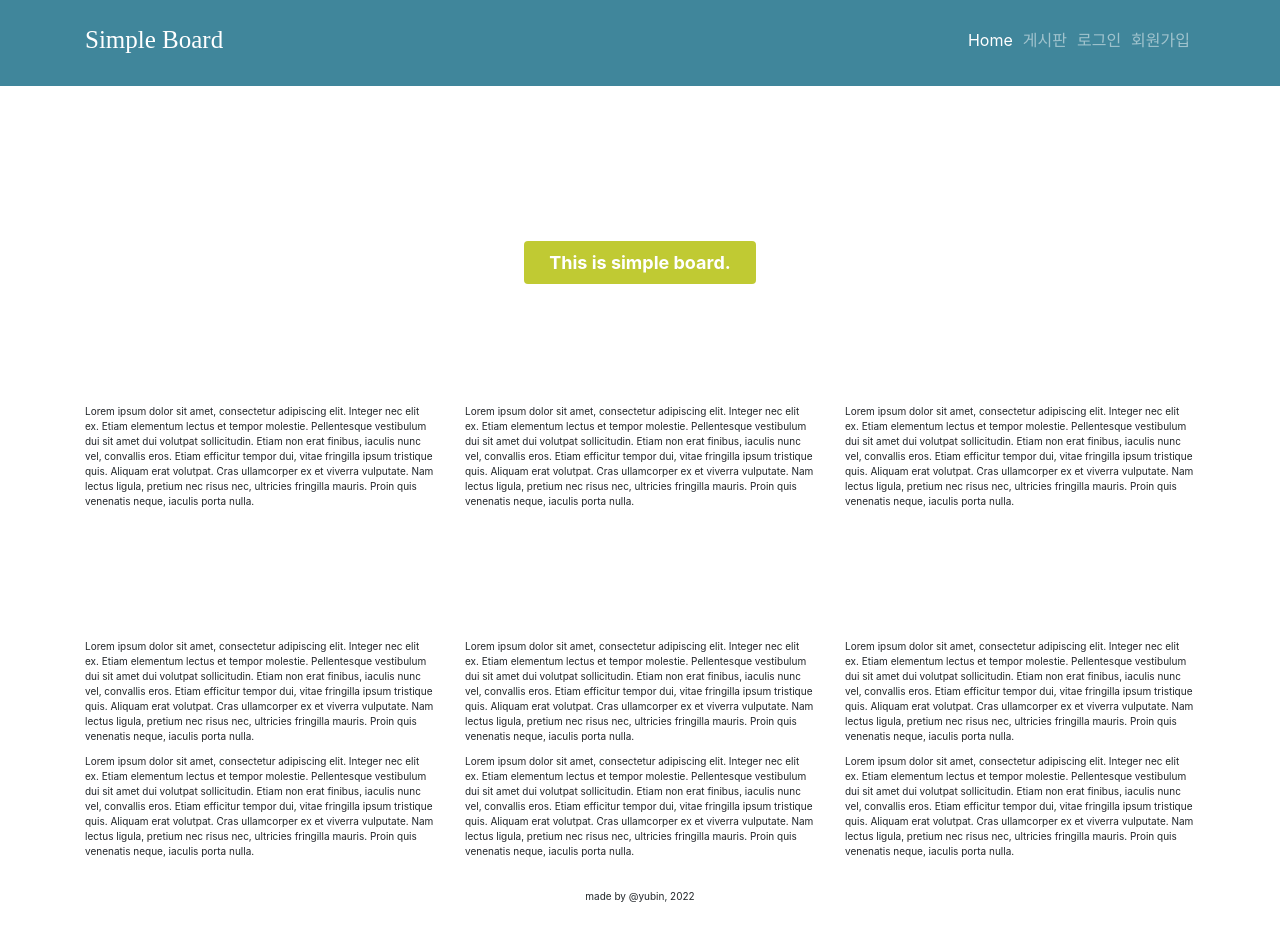
Repository: yubincho/simpleBoard
Page: http://localhost/demo/WEB-INF/views/index.jsp
The author's editor kept a copy of each file at every save. The page is drawn from the files as they stood at one save, then again after the next save.
The browser window is 1280 px wide. The pictures show the whole page.
Some web fonts or font styles are not loaded; a fallback is used. Some web libraries are served in a nearby version. The page is served by Tomcat 9. Nobody is signed in. Other server files are loaded and not shown. The template is opened directly, without the code that normally fills it, so the values that code supplies are empty.

Above is the page before, as saved 2022-10-17 20:27:03.

### demo/src/main/webapp/WEB-INF/views/index.jsp
<%@ page language="java" contentType="text/html; charset=UTF-8"
    pageEncoding="UTF-8"%>
<%@ taglib uri="http://java.sun.com/jsp/jstl/core" prefix="c" %>
<c:set var="contextPath" value="${pageContext.request.contextPath}"/>

<%@ include file="layout/header2.jsp" %>



<div class="banner">
		<div class="container">
			<h1>Bootstrap 4 Navbar</h1>
			<p>Lorem ipsum dolor sit amet, consectetur adipiscing elit. Integer nec elit ex. Etiam elementum lectus et tempor molestie.</p>
			<a href="#content" class="button button-primary">This is simple board.</a> <br/>

		</div>
	</div>
</header>


<main>
	<section id="content" class="content">
		<div class="container">
			<div class="row">
				<div class="col-md-4">
					<p>Lorem ipsum dolor sit amet, consectetur adipiscing elit. Integer nec elit ex. Etiam elementum lectus et tempor molestie. Pellentesque vestibulum dui sit amet dui volutpat sollicitudin. Etiam non erat finibus, iaculis nunc vel, convallis eros. Etiam efficitur tempor dui, vitae fringilla ipsum tristique quis. Aliquam erat volutpat. Cras ullamcorper ex et viverra vulputate. Nam lectus ligula, pretium nec risus nec, ultricies fringilla mauris. Proin quis venenatis neque, iaculis porta nulla. </p>
				</div>
				<div class="col-md-4">
					<p>Lorem ipsum dolor sit amet, consectetur adipiscing elit. Integer nec elit ex. Etiam elementum lectus et tempor molestie. Pellentesque vestibulum dui sit amet dui volutpat sollicitudin. Etiam non erat finibus, iaculis nunc vel, convallis eros. Etiam efficitur tempor dui, vitae fringilla ipsum tristique quis. Aliquam erat volutpat. Cras ullamcorper ex et viverra vulputate. Nam lectus ligula, pretium nec risus nec, ultricies fringilla mauris. Proin quis venenatis neque, iaculis porta nulla. </p>
				</div>
				<div class="col-md-4">
					<p>Lorem ipsum dolor sit amet, consectetur adipiscing elit. Integer nec elit ex. Etiam elementum lectus et tempor molestie. Pellentesque vestibulum dui sit amet dui volutpat sollicitudin. Etiam non erat finibus, iaculis nunc vel, convallis eros. Etiam efficitur tempor dui, vitae fringilla ipsum tristique quis. Aliquam erat volutpat. Cras ullamcorper ex et viverra vulputate. Nam lectus ligula, pretium nec risus nec, ultricies fringilla mauris. Proin quis venenatis neque, iaculis porta nulla. </p>
				</div>
			</div>
		</div>

	</section>
	<section id="content2" class="content2">
		<div class="container 2">
			<div class="row">
				<div class="col-md-4">
					<p>Lorem ipsum dolor sit amet, consectetur adipiscing elit. Integer nec elit ex. Etiam elementum lectus et tempor molestie. Pellentesque vestibulum dui sit amet dui volutpat sollicitudin. Etiam non erat finibus, iaculis nunc vel, convallis eros. Etiam efficitur tempor dui, vitae fringilla ipsum tristique quis. Aliquam erat volutpat. Cras ullamcorper ex et viverra vulputate. Nam lectus ligula, pretium nec risus nec, ultricies fringilla mauris. Proin quis venenatis neque, iaculis porta nulla. </p>
				</div>
				<div class="col-md-4">
					<p>Lorem ipsum dolor sit amet, consectetur adipiscing elit. Integer nec elit ex. Etiam elementum lectus et tempor molestie. Pellentesque vestibulum dui sit amet dui volutpat sollicitudin. Etiam non erat finibus, iaculis nunc vel, convallis eros. Etiam efficitur tempor dui, vitae fringilla ipsum tristique quis. Aliquam erat volutpat. Cras ullamcorper ex et viverra vulputate. Nam lectus ligula, pretium nec risus nec, ultricies fringilla mauris. Proin quis venenatis neque, iaculis porta nulla. </p>
				</div>
				<div class="col-md-4">
					<p>Lorem ipsum dolor sit amet, consectetur adipiscing elit. Integer nec elit ex. Etiam elementum lectus et tempor molestie. Pellentesque vestibulum dui sit amet dui volutpat sollicitudin. Etiam non erat finibus, iaculis nunc vel, convallis eros. Etiam efficitur tempor dui, vitae fringilla ipsum tristique quis. Aliquam erat volutpat. Cras ullamcorper ex et viverra vulputate. Nam lectus ligula, pretium nec risus nec, ultricies fringilla mauris. Proin quis venenatis neque, iaculis porta nulla. </p>
				</div>
			</div>
		</div>

	</section>
	<section id="content3" class="content3">
		<div class="container 3">
			<div class="row">
				<div class="col-md-4">
					<p>Lorem ipsum dolor sit amet, consectetur adipiscing elit. Integer nec elit ex. Etiam elementum lectus et tempor molestie. Pellentesque vestibulum dui sit amet dui volutpat sollicitudin. Etiam non erat finibus, iaculis nunc vel, convallis eros. Etiam efficitur tempor dui, vitae fringilla ipsum tristique quis. Aliquam erat volutpat. Cras ullamcorper ex et viverra vulputate. Nam lectus ligula, pretium nec risus nec, ultricies fringilla mauris. Proin quis venenatis neque, iaculis porta nulla. </p>
				</div>
				<div class="col-md-4">
					<p>Lorem ipsum dolor sit amet, consectetur adipiscing elit. Integer nec elit ex. Etiam elementum lectus et tempor molestie. Pellentesque vestibulum dui sit amet dui volutpat sollicitudin. Etiam non erat finibus, iaculis nunc vel, convallis eros. Etiam efficitur tempor dui, vitae fringilla ipsum tristique quis. Aliquam erat volutpat. Cras ullamcorper ex et viverra vulputate. Nam lectus ligula, pretium nec risus nec, ultricies fringilla mauris. Proin quis venenatis neque, iaculis porta nulla. </p>
				</div>
				<div class="col-md-4">
					<p>Lorem ipsum dolor sit amet, consectetur adipiscing elit. Integer nec elit ex. Etiam elementum lectus et tempor molestie. Pellentesque vestibulum dui sit amet dui volutpat sollicitudin. Etiam non erat finibus, iaculis nunc vel, convallis eros. Etiam efficitur tempor dui, vitae fringilla ipsum tristique quis. Aliquam erat volutpat. Cras ullamcorper ex et viverra vulputate. Nam lectus ligula, pretium nec risus nec, ultricies fringilla mauris. Proin quis venenatis neque, iaculis porta nulla. </p>
				</div>
			</div>
		</div>

	</section>
</main>

<!-- 실패 메세지를 출력(modal) -->
	<div id="myMessage" class="modal fade" role="dialog" >
	  <div class="modal-dialog">
	    <!-- Modal content-->
	    <div id="messageType" class="modal-content panel-info">
	      <div class="modal-header panel-heading">
	        <button type="button" class="close" data-dismiss="modal">&times;</button>
	        <h4 class="modal-title">${msgType}</h4>
	      </div>
	      <div class="modal-body">
	        <p>${msg}</p>
	      </div>
	      <div class="modal-footer">
	        <button type="button" class="btn btn-default" data-dismiss="modal">Close</button>
	      </div>
	    </div>
	  </div>
	</div>

    <script type="text/javascript">
$(document).ready(function(){
	if(${!empty msgType}){
 		$("#messageType").attr("class", "modal-content panel-success");
		$("#myMessage").modal("show");
	}
});


</script>
<%@ include file="layout/footer.jsp" %>

</body>
</html>

### demo/src/main/webapp/WEB-INF/views/layout/header2.jsp
<%@ page language="java" contentType="text/html; charset=UTF-8"
    pageEncoding="UTF-8"%>
<%@ taglib uri="http://java.sun.com/jsp/jstl/core" prefix="c" %>
<%@taglib uri="http://www.springframework.org/tags" prefix="spring"%>
<c:set var="contextPath" value="${pageContext.request.contextPath}"/>


<!DOCTYPE html>
<html>
<head>
<meta charset="utf-8">
<meta name="viewport" content="width=device-width, initial-scale=1, shrink-to-fit=no">
<title>Insert title here</title>
<link rel="stylesheet" href="<c:url value='/css/join.css'/>">
<link rel="stylesheet" href="https://cdn.jsdelivr.net/npm/bootstrap@4.0.0/dist/css/bootstrap.min.css"
integrity="sha384-Gn5384xqQ1aoWXA+058RXPxPg6fy4IWvTNh0E263XmFcJlSAwiGgFAW/dAiS6JXm" crossorigin="anonymous">
<link rel="icon" type="image/png" href="http://example.com/myicon.png">
<head profile="http://www.w3.org/2005/10/profile">

<script src="http://code.jquery.com/jquery-1.11.1.min.js" type="text/javascript"></script>

 <script type="text/javascript">
$(document).ready(function(){
	if(${!empty msgType}){
 		$("#messageType").attr("class", "modal-content panel-success");
		$("#myMessage").modal("show");
	}
});
</script>
</head>
<body>
<header class="header-area overlay">
    <nav class="navbar navbar-expand-md navbar-dark">
		<div class="container">
			<a href="#" class="navbar-brand">Simple Board</a>

			<button type="button" class="navbar-toggler collapsed" data-toggle="collapse" data-target="#main-nav">
				<span class="menu-icon-bar"></span>
				<span class="menu-icon-bar"></span>
				<span class="menu-icon-bar"></span>
			</button>

			<div id="main-nav" class="collapse navbar-collapse">
				<ul class="navbar-nav ml-auto">
					<li><a href="${contextPath}/home" class="nav-item nav-link active">Home</a></li>



					<li><a href="${contextPath}/board/boardList.do" class="nav-item nav-link">게시판</a></li>
					<c:if test="${empty mvo}" >
					<li><a href="${contextPath}/memLogin.do" class="nav-item nav-link">로그인</a></li>
					<li><a href="${contextPath}/memJoin.do" class="nav-item nav-link">회원가입</a></li>
					</c:if>
					<c:if test="${!empty mvo}" >
					<li class="dropdown">
							<c:if test="${mvo.memProfile eq ''}">
							<a href="#" class="nav-item nav-link" data-toggle="dropdown">
								<img src="${contextPath}/images/12.png"  style="width:25px; height:25px; border-radius:50%;"/>
									 ${mov.memName}님 방문을 환영합니다.</a>
									 <div class="dropdown-menu">
											<a href="#" class="dropdown-item">프로필사진등록</a>
											<a href="${contextPath}/memUpdate.do" class="dropdown-item">회원정보수정</a>
											<a href="${contextPath}/memLogout.do" class="dropdown-item">로그아웃</a>
									</div>
							</c:if>
							 <c:if test="${mvo.memProfile ne ''}">
							 <a href="#" class="nav-item nav-link" data-toggle="dropdown">
							 	<img src="${contextPath}/resources/upload/${mvo.memProfile}"  style="width:25px; height:25px; border-radius:50%;"/>
							 		 ${mov.memName}님 방문을 환영합니다.</a>
							 		<div class="dropdown-menu">
										<a href="#" class="dropdown-item">프로필사진등록</a>
										<a href="${contextPath}/memUpdate.do" class="dropdown-item">회원정보수정</a>
										<a href="${contextPath}/memLogout.do" class="dropdown-item">로그아웃</a>
									</div>
							</c:if>
						</li>
					</c:if>

				</ul>
			</div>
		</div>
	</nav>
</header>

### demo/src/main/webapp/WEB-INF/views/layout/footer.jsp
<%@ page language="java" contentType="text/html; charset=UTF-8"
    pageEncoding="UTF-8"%>
<%@ taglib uri="http://java.sun.com/jsp/jstl/core" prefix="c" %>


 <footer class="text-center" style="align-items: center; justify-content: center; padding: 20px;">
        <div class="inner">
          <p>made by @yubin, 2022</p>
        </div>
</footer>


<script src="https://code.jquery.com/jquery-3.2.1.min.js" ></script>
<script src="https://cdn.jsdelivr.net/npm/popper.js@1.12.9/dist/umd/popper.min.js" integrity="sha384-ApNbgh9B+Y1QKtv3Rn7W3mgPxhU9K/ScQsAP7hUibX39j7fakFPskvXusvfa0b4Q" crossorigin="anonymous"></script>
<script src="https://cdn.jsdelivr.net/npm/bootstrap@4.0.0/dist/js/bootstrap.min.js" integrity="sha384-JZR6Spejh4U02d8jOt6vLEHfe/JQGiRRSQQxSfFWpi1MquVdAyjUar5+76PVCmYl" crossorigin="anonymous"></script>
</body>
</html>

### demo/src/main/resources/static/css/join.css
@import url('https://fonts.googleapis.com/css?family=Open+Sans:400,700,800');
@import url('https://fonts.googleapis.com/css?family=Lobster');
html {
  font-size: 62.5%;
}
body {
  font-family: 'Open Sans', sans-serif;
  font-size: 1.6rem;
  font-weight: 400;
}
h1 {
  margin-bottom: 0.5em;
  font-size: 3.6rem;
}

.button {
  display: inline-block;
  margin-top: 20px;
  padding: 8px 25px;
  border-radius: 4px;
}
.button-primary {
  position: relative;
  background-color: #c0ca33;
  color: #fff;
  font-size: 1.8rem;
  font-weight: 700;
  transition: color 0.3s ease-in;
  z-index: 1;
}
.button-primary:hover {
  color: #c0ca33;
  text-decoration: none;
}
.button-primary::after {
  content: '';
  position: absolute;
  bottom: 0;
  left: 0;
  right: 0;
  top: 0;
  background-color: #fff;
  border-radius: 4px;
  opacity: 0;
  -webkit-transform: scaleX(0.8);
  -ms-transform: scaleX(0.8);
  transform: scaleX(0.8);
  transition: all 0.3s ease-in;
  z-index: -1;
}
.button-primary:hover::after {
  opacity: 1;
  -webkit-transform: scaleX(1);
  -ms-transform: scaleX(1);
  transform: scaleX(1);
}
.overlay::after {
  content: '';
  position: absolute;
  bottom: 0;
  left: 0;
  right: 0;
  top: 0;
  background-color: rgba(0, 0, 0, .3);
}
.header-area {
  position: relative;
  height: 12vh;
  background: #5bc0de;
  background-attachment: fixed;
  background-position: center center;
  background-repeat: no-repear;
  background-size: cover;
}
.banner {
  display: flex;
  align-items: center;
  position: relative;
  height: 100%;
  color: #fff;
  text-align: center;
  z-index: 1;
}
.banner h1 {
  font-weight: 800;
}
.banner p {
  font-weight: 700;
}
.navbar {
  position: absolute;
  left: 0;
  top: 0;
  padding: 0;
  width: 100%;
  transition: background 0.6s ease-in;
  z-index: 99999;
}
.navbar .navbar-brand {
  font-family: 'Lobster', cursive;
  font-size: 2.5rem;
}
.navbar .navbar-toggler {
  position: relative;
  height: 50px;
  width: 50px;
  border: none;
  cursor: pointer;
  outline: none;
}
.navbar .navbar-toggler .menu-icon-bar {
  position: absolute;
  left: 15px;
  right: 15px;
  height: 2px;
  background-color: #fff;
  opacity: 0;
  -webkit-transform: translateY(-1px);
  -ms-transform: translateY(-1px);
  transform: translateY(-1px);
  transition: all 0.3s ease-in;
}
.navbar .navbar-toggler .menu-icon-bar:first-child {
  opacity: 1;
  -webkit-transform: translateY(-1px) rotate(45deg);
  -ms-sform: translateY(-1px) rotate(45deg);
  transform: translateY(-1px) rotate(45deg);
}
.navbar .navbar-toggler .menu-icon-bar:last-child {
  opacity: 1;
  -webkit-transform: translateY(-1px) rotate(135deg);
  -ms-sform: translateY(-1px) rotate(135deg);
  transform: translateY(-1px) rotate(135deg);
}
.navbar .navbar-toggler.collapsed .menu-icon-bar {
  opacity: 1;
}
.navbar .navbar-toggler.collapsed .menu-icon-bar:first-child {
  -webkit-transform: translateY(-7px) rotate(0);
  -ms-sform: translateY(-7px) rotate(0);
  transform: translateY(-7px) rotate(0);
}
.navbar .navbar-toggler.collapsed .menu-icon-bar:last-child {
  -webkit-transform: translateY(5px) rotate(0);
  -ms-sform: translateY(5px) rotate(0);
  transform: translateY(5px) rotate(0);
}
.navbar-dark .navbar-nav .nav-link {
  position: relative;
  color: #fff;
  font-size: 1.6rem;
}
.navbar-dark .navbar-nav .nav-link:focus, .navbar-dark .navbar-nav .nav-link:hover {
  color: #fff;
}
.navbar .dropdown-menu {
  padding: 0;
  background-color: rgba(0, 0, 0, .9);
}
.navbar .dropdown-menu .dropdown-item {
  position: relative;
  padding: 10px 20px;
  color: #fff;
  font-size: 1.4rem;
  border-bottom: 1px solid rgba(255, 255, 255, .1);
  transition: color 0.2s ease-in;
}
.navbar .dropdown-menu .dropdown-item:last-child {
  border-bottom: none;
}
.navbar .dropdown-menu .dropdown-item:hover {
  background: transparent;
  color: #c0ca33;
}
.navbar .dropdown-menu .dropdown-item::before {
  content: '';
  position: absolute;
  bottom: 0;
  left: 0;
  top: 0;
  width: 5px;
  background-color: #c0ca33;
  opacity: 0;
  transition: opacity 0.2s ease-in;
}
.navbar .dropdown-menu .dropdown-item:hover::before {
  opacity: 1;
}
.navbar.fixed-top {
  position: fixed;
  -webkit-animation: navbar-animation 0.6s;
  animation: navbar-animation 0.6s;
  background-color: rgba(0, 0, 0, .9);
}
.navbar.fixed-top.navbar-dark .navbar-nav .nav-link.active {
  color: #c0ca33;
}
.navbar.fixed-top.navbar-dark .navbar-nav .nav-link::after {
  background-color: #c0ca33;
}
.content {
  padding: 120px 0;
}
@media screen and (max-width: 768px) {
  .navbar-brand {
    margin-left: 20px;
  }
  .navbar-nav {
    padding: 0 20px;
    background-color: rgba(0, 0, 0, .9);
  }
  .navbar.fixed-top .navbar-nav {
    background: transparent;
  }
}
@media screen and (min-width: 767px) {
  .banner {
    padding: 0 150px;
  }
  .banner h1 {
    font-size: 5rem;
  }
  .banner p {
    font-size: 2rem;
  }
  .navbar-dark .navbar-nav .nav-link {
    padding: 23px 15px;
  }
  .navbar-dark .navbar-nav .nav-link::after {
    content: '';
    position: absolute;
    bottom: 15px;
    left: 30%;
    right: 30%;
    height: 1px;
    background-color: #fff;
    -webkit-transform: scaleX(0);
    -ms-transform: scaleX(0);
    transform: scaleX(0);
    transition: transform 0.1s ease-in;
  }
  .navbar-dark .navbar-nav .nav-link:hover::after {
    -webkit-transform: scaleX(1);
    -ms-transform: scaleX(1);
    transform: scaleX(1);
  }
  .dropdown-menu {
    min-width: 200px;
    -webkit-animation: dropdown-animation 0.3s;
    animation: dropdown-animation 0.3s;
    -webkit-transform-origin: top;
    -ms-transform-origin: top;
    transform-origin: top;
  }
}
@-webkit-keyframes navbar-animation {
  0% {
    opacity: 0;
    -webkit-transform: translateY(-100%);
    -ms-transform: translateY(-100%);
    transform: translateY(-100%);
  }
  100% {
    opacity: 1;
    -webkit-transform: translateY(0);
    -ms-transform: translateY(0);
    transform: translateY(0);
  }
}
@keyframes navbar-animation {
  0% {
    opacity: 0;
    -webkit-transform: translateY(-100%);
    -ms-transform: translateY(-100%);
    transform: translateY(-100%);
  }
  100% {
    opacity: 1;
    -webkit-transform: translateY(0);
    -ms-transform: translateY(0);
    transform: translateY(0);
  }
}
@-webkit-keyframes dropdown-animation {
  0% {
    -webkit-transform: scaleY(0);
    -ms-transform: scaleY(0);
    transform: scaleY(0);
  }
  75% {
    -webkit-transform: scaleY(1.1);
    -ms-transform: scaleY(1.1);
    transform: scaleY(1.1);
  }
  100% {
    -webkit-transform: scaleY(1);
    -ms-transform: scaleY(1);
    transform: scaleY(1);
  }
}
@keyframes dropdown-animation {
  0% {
    -webkit-transform: scaleY(0);
    -ms-transform: scaleY(0);
    transform: scaleY(0);
  }
  75% {
    -webkit-transform: scaleY(1.1);
    -ms-transform: scaleY(1.1);
    transform: scaleY(1.1);
  }
  100% {
    -webkit-transform: scaleY(1);
    -ms-transform: scaleY(1);
    transform: scaleY(1);
  }
}

After the next save:
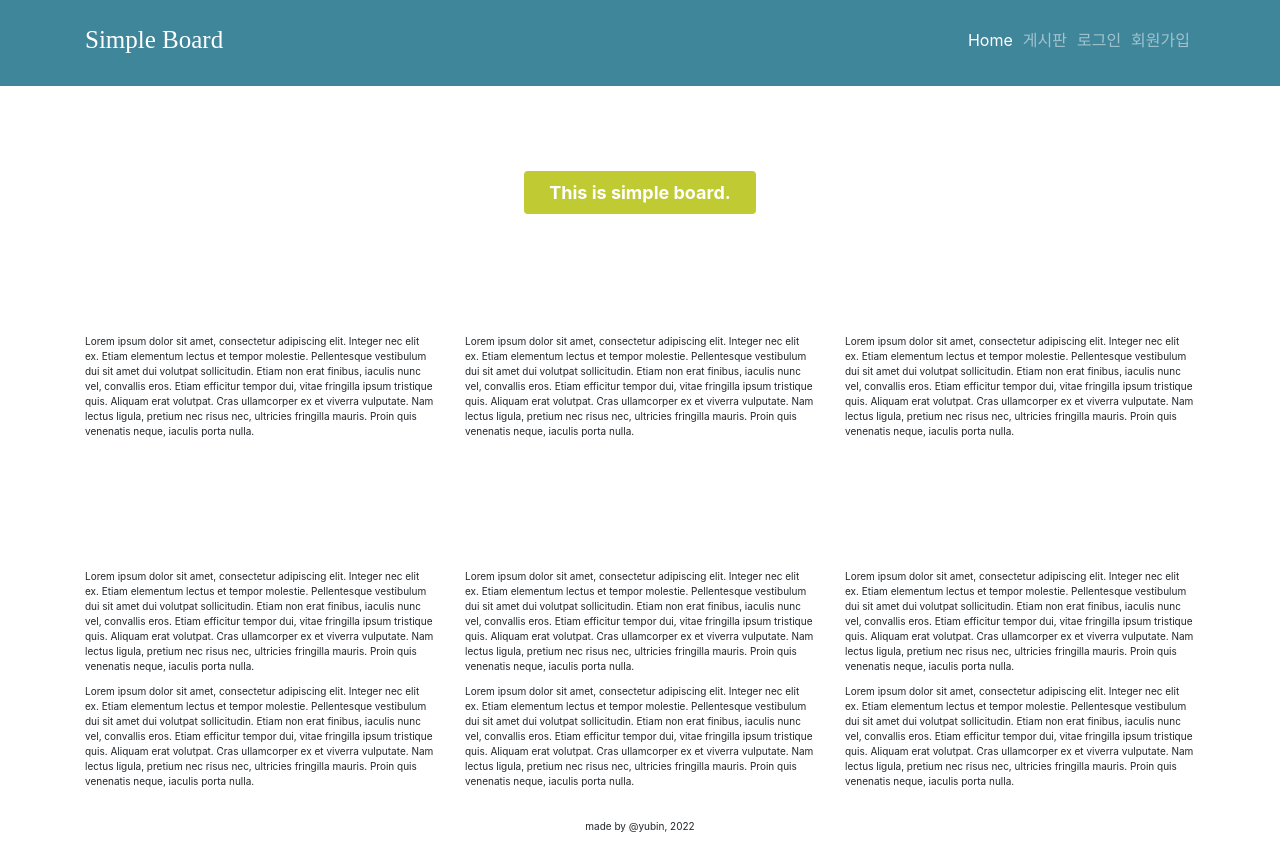
Saved 10 s later.
--- a/demo/src/main/webapp/WEB-INF/views/index.jsp
+++ b/demo/src/main/webapp/WEB-INF/views/index.jsp
@@ -10,7 +10,7 @@
 <div class="banner">
 		<div class="container">
 			<h1>Bootstrap 4 Navbar</h1>
-			<p>Lorem ipsum dolor sit amet, consectetur adipiscing elit. Integer nec elit ex. Etiam elementum lectus et tempor molestie.</p>
+
 			<a href="#content" class="button button-primary">This is simple board.</a> <br/>
 
 		</div>
